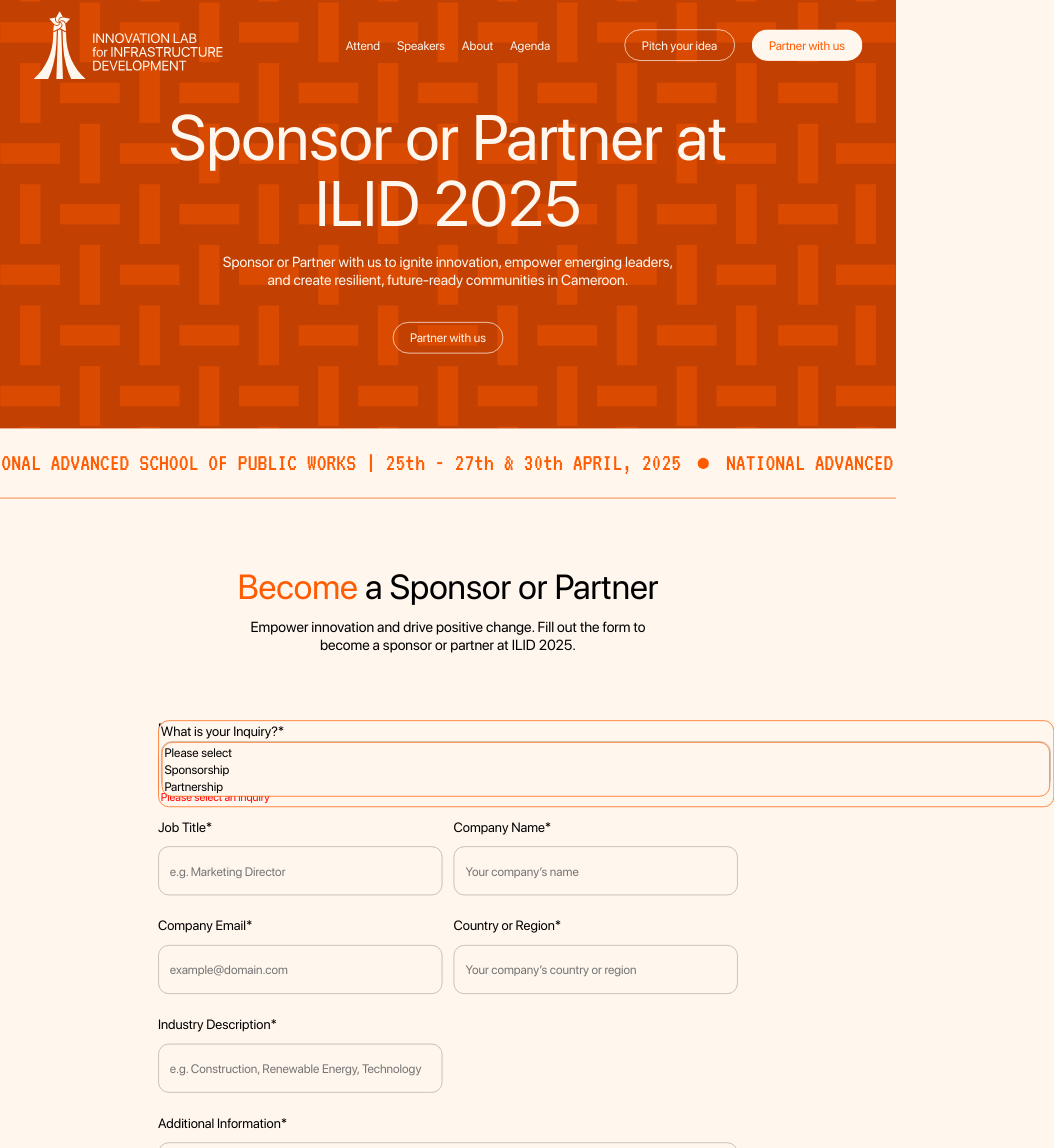
Repository: ilidevent/ilidwebsite
Page: /partners
The author's editor kept a copy of each file at every save. The page is drawn from the files as they stood at one save, then again after a run of saves.
The browser window is 1280 px wide. The page is 1506 px wide, so the pictures cover 1506 px, including what lies to the right of the window. The pictures show the part of the page from y = 0 to 1640 px (the page is 2758 px tall), at 70% of full size.
The project was rebuilt for these pictures with package versions that can differ from the ones it lists, and the page was loaded fresh each time. The framework's server and built-in components were replaced by stand-ins that run in the browser. Also part of the build but not shown: next.config.ts, components/ReUsables/ButtonTwo.tsx, styles/ReUsables/aboutboxwrapper.module.scss, components/ReUsables/TextEmail.tsx, styles/ReUsables/sloganbanner.module.scss, components/ReUsables/SloganBanner.tsx, styles/ReUsables/paddingtop.module.scss, components/ReUsables/PaddingTop.tsx and 43 more.

Above is the page before, as saved 2025-03-17 12:37:20.

### app/layout.tsx
import type { Metadata } from "next";
import localFont from "next/font/local";
import { Navbar } from "@/components";
import "../styles/globals.scss";
import Footer from "@/components/Navigation/Footer";

const regular = localFont({
  src: "./fonts/SF-Pro-Display-Regular.ttf",
  variable: "--regular-font"
})

const medium = localFont({
  src: "./fonts/SF-Pro-Display-Medium.ttf",
  variable: "--medium-font"
})

const semibold = localFont({
  src: "./fonts/SF-Pro-Display-Semibold.ttf",
  variable: "--semibold-font"
})

const heavy = localFont({
  src: "./fonts/SF-Pro-Display-Heavy.ttf",
  variable: "--heavy-font"
})

const script = localFont({
  src: "./fonts/VT323-Regular.ttf",
  variable: "--script-font"
})

export const metadata: Metadata = {
  title: "Innovation Lab for Infrastructure Development",
  description: "Generated by create next app",
};

export default function RootLayout({
  children,
}: Readonly<{
  children: React.ReactNode;
}>) {
  return (
    <html lang="en">
      <body className={`${regular.variable} ${medium.variable} ${semibold.variable} ${heavy.variable} ${script.variable}`}>
        <Navbar/>
        {children}
        <Footer/>
      </body>
    </html>
  );
}

### app/partners/layout.tsx
import type { Metadata } from "next";

export const metadata: Metadata = {
  title: "Partners ILID 2025",
  description: "From strategy to design, we craft brands that elevate visibility, build trust, and drive industry success.",
};

export default function RootLayout({
  children,
}: Readonly<{
  children: React.ReactNode;
}>) {
  return <>{children}</>;
}

### app/partners/page.tsx
import React from 'react'
import { PartnersPageWrapper } from '@/components'

const PartnersPage = () => {
  return (
    <div className='main'>
      <PartnersPageWrapper/>
    </div>
  )
}

export default PartnersPage

### components/index.ts
import Navbar from "./Navigation/Navbar";
import HomePageWrapper from "./HomePage/HomePageWrapper";
import AttendPageWrapper from "./AttendPage/AttendPageWrapper";
import SpeakerPageWrapper from "./SpeakerPage/SpeakerPageWrapper";
import AboutPageWrapper from "./AboutPage/AboutPageWrapper";
import AgendaPageWrapper from "./AgendaPage/AgendaPageWrapper";
import PitchPageWrapper from "./PitchPage/PitchPageWrapper";
import PartnersPageWrapper from "./PartnersPage/PartnersPageWrapper";

export {
  Navbar,
  HomePageWrapper,
  AttendPageWrapper,
  SpeakerPageWrapper,
  AboutPageWrapper,
  AgendaPageWrapper,
  PitchPageWrapper,
  PartnersPageWrapper
}

### components/Navigation/Navbar.tsx
import React from 'react'
import Image from 'next/image'
import Link from 'next/link'
import LOGO from "../../public/svg/whitelogo.svg"
import Button from '../ReUsables/Button'
import styles from "../../styles/Navigation/navbar.module.scss"

const Navbar = () => {
  const navLinks = [
    {
      name: "Attend",
      link: "/attend"
    },
    {
      name: "Speakers",
      link: "/speakers"
    },
    {
      name: "About",
      link: "/about"
    },
    {
      name: "Agenda",
      link: "/agenda"
    }
  ]

  const buttonOne = {
    name: "Pitch your idea",
    link: "/pitch-contest",
  }

  const buttonTwo = {
    name: "Partner with us",
    link: "/partners",
  }

  return (
    <>
      <header className={styles.nav__header}>
        <div className={`container ${styles.nav__container}`}>
          <Link className={styles.nav__logo} href="/">
            <Image fill quality={100} alt='ILID Logo' src={LOGO}/>
          </Link>
          <nav className={styles.nav__center}>
            {
              navLinks.map((data, i) => (
                <Link key={i} href={data.link}>{data.name}</Link>
              ))
            }
          </nav>
          <nav className={styles.nav__right}>
            <Button fill={false} buttonInfo={buttonOne}/>
            <Button fill buttonInfo={buttonTwo}/>
          </nav>
        </div>
      </header>
    </>
  )
}

export default Navbar

### components/PartnersPage/PartnersPageWrapper.tsx
"use client";

import React, { useEffect, useState, useRef } from "react";
import Lenis from "lenis";
import ReusableSection from "../ReUsables/ReusableSection";
import SpeakerForm from "../SpeakerPage/SpeakerForm";
import HeroSection from "../ReUsables/HeroSection";
import PartnersForm from "./PartnersForm";
import VenueBanner from "../ReUsables/VenueBanner";

const PartnersPageWrapper = () => {
  const [lenis, setLenis] = useState<Lenis | null>(null);
  const formRef = useRef<HTMLDivElement | null>(null);

  useEffect(() => {
    const lenisInstance = new Lenis({
      duration: 1,
    });

    function raf(time: number) {
      lenisInstance.raf(time);
      requestAnimationFrame(raf);
    }

    requestAnimationFrame(raf);

    // Store the lenis instance in state
    setLenis(lenisInstance);
  }, []);

  const HeroContent = {
    largeText: "Sponsor or Partner at ILID 2025",
    normalText:
      "Sponsor or Partner with us to ignite innovation, empower emerging leaders, and create resilient, future-ready communities in Cameroon.",
    buttonProps: {
      name: "Partner with us",
    }
  };

  const formContent = {
    header: "Become a Sponsor or Partner",
    keywords: ["Become"],
    text: "Empower innovation and drive positive change. Fill out the form to become a sponsor or  partner at ILID 2025.",
  };

  const HeroBreakpoints = {
    lg: "75vh",
    nm: "85vh",
    md: "100vh",
    sm: "100vh",
  };
  return (
    <>
      <HeroSection
        herocontent={HeroContent}
        breakpoints={HeroBreakpoints}
        lenis={lenis}
        reference={formRef}
      />
      <VenueBanner />
      <ReusableSection
        header={formContent.header}
        keywords={formContent.keywords}
        text={formContent.text}
        textColor="#000000"
        backgroundColor="#FFF6ED"
        ref={formRef}
      >
        <PartnersForm />
      </ReusableSection>
    </>
  )
}

export default PartnersPageWrapper

### components/ReUsables/Button.tsx
"use client";

import React from "react";
import Link from "next/link";
import styles from "../../styles/ReUsables/button.module.scss";

interface ButtonInfo {
  name: string;
  link?: string;
}

interface ButtonProps {
  buttonInfo: ButtonInfo;
  fill: boolean;
  onClick?: () => void;
}

const Button = ({ buttonInfo, fill, onClick }: ButtonProps) => {
  // If a link is provided, render a Link
  if (buttonInfo.link) {
    return fill ? (
      <Link className={styles.button__background} href={buttonInfo.link}>
        {buttonInfo.name}
      </Link>
    ) : (
      <Link className={styles.button__stroke} href={buttonInfo.link}>
        {buttonInfo.name}
      </Link>
    );
  }

  // If no link is provided but an onClick is available, render a clickable span
  if (onClick) {
    return fill ? (
      <span className={styles.button__background} onClick={onClick}>
        {buttonInfo.name}
      </span>
    ) : (
      <span className={styles.button__stroke} onClick={onClick}>
        {buttonInfo.name}
      </span>
    );
  }

  // Fallback: render a non-clickable span
  return fill ? (
    <span className={styles.button__background}>{buttonInfo.name}</span>
  ) : (
    <span className={styles.button__stroke}>{buttonInfo.name}</span>
  );
};

export default Button;

### styles/Navigation/navbar.module.scss
.nav__header {
  width: 100%;
  height: auto;
  padding: 1rem 0;
  position: fixed;
  top: 0;
  left: 0;
  z-index: 100;
}

.nav__container {
  position: relative;
  display: flex;
  justify-content: space-between;
  align-items: center;
}

.nav__logo {
  width: 270px;
  aspect-ratio: 1112.0159/400;
  position: relative;

  img {
    object-fit: cover;
  }
}

.nav__center {
  position: absolute;
  top: 50%;
  left: 50%;
  transform: translate(-50%, -50%);
  display: flex;
  gap: 1.5rem;

  a {
    color: var(--body-color);
    opacity: 1;
    transition: opacity 0.5s ease;

    &:hover {
      opacity: 0.5;
    }
  }
}

.nav__right{
  display: flex;
  gap: 1.5rem
}

### components/ReUsables/HeroSection.tsx
import React from "react";
import Button from "./Button";
import Image from "next/image";
import Lenis from "lenis";
import HEROBACK from "../../public/svg/heroback.svg"
import styles from "../../styles/ReUsables/herosection.module.scss";

interface HeroContent {
  largeText: string;
  normalText: string;
  buttonText?: string;
  buttonProps: {
    name: string;
    link?: string;
  };
}

interface HeroBreakpoints {
  lg: string;
  nm: string;
  md: string;
  sm: string;
}

const HeroSection = ({
  herocontent,
  breakpoints,
  lenis,
  reference,
}: {
  herocontent: HeroContent;
  breakpoints: HeroBreakpoints;
  lenis?: Lenis | null;
  reference?: React.RefObject<HTMLDivElement | null>;
}) => {


  const handleLenisScroll = () => {
    if (lenis && reference?.current) {
      const referenceTop =
        window.scrollY + reference?.current.getBoundingClientRect().top;
      lenis.scrollTo(referenceTop);
    }
  };


  return (
    <section
      className={styles.hero__section}
      style={
        {
          "--lg": breakpoints.lg,
          "--nm": breakpoints.nm,
          "--md": breakpoints.md,
          "--sm": breakpoints.sm,
        } as React.CSSProperties
      }
    >
      <div className={styles.hero__container}>
        <div className={styles.content__wrapper}>
          <div className={styles.large__text}>
            <h1>{herocontent.largeText}</h1>
          </div>
          <div className={styles.normal__text}>
            <p>{herocontent.normalText}</p>
          </div>
          <div className={styles.hbutton__wrapper}>
            {herocontent.buttonText && <p className={styles.button__text}>{herocontent.buttonText}</p>}
            <Button fill={false} buttonInfo={herocontent.buttonProps} onClick={handleLenisScroll}/>
          </div>
        </div>
      </div>
      <div className={styles.hero__image}>
        <Image fill quality={100} alt="ILID Pattern" src={HEROBACK}/>
      </div>
    </section>
  );
};

export default HeroSection;

### styles/ReUsables/button.module.scss
.button__background{
  padding: 0.7rem 1.5rem;
  border-radius: 100px;
  background-color: var(--body-color);
  color: var(--orange);
  border: 1px solid transparent;
  transition: all 0.5s ease;
  cursor: pointer;

  &:hover{
    border: 1px solid var(--body-color);
    color: var(--body-color);
    background-color: transparent;
  }
}

.button__stroke{
  padding: 0.7rem 1.5rem;
  border-radius: 100px;
  background-color: transparent;
  color: var(--body-color);
  border: 1px solid var(--body-color);
  transition: all 0.5s ease;
  cursor: pointer;

  &:hover{
    border: 1px solid transparent;
    color: var(--orange);
    background-color: var(--body-color);
  }
}

.button__strokeTwo{
  padding: 0.7rem 1.5rem;
  border-radius: 100px;
  background-color: transparent;
  color: var(--orange);
  border: 1px solid var(--orange);
  transition: all 0.5s ease;

  &:hover{
    border: 1px solid transparent;
    color: var(--body-color);
    background-color: var(--orange);
  }
}

### styles/ReUsables/herosection.module.scss
.hero__section {
  width: 100vw;
  height: var(--nm);
  background-color: var(--darkorange);
  position: relative;
  color: var(--body-color);
}

.hero__image{
  width: 100%;
  height: 100%;
  position: absolute;
  top: 0;
  left: 0;

  img{
    object-fit: cover;
  }
}

.hero__container {
  width: 100%;
  height: 100%;
  position: relative;
  z-index: 1;
}

.content__wrapper {
  width: 930px;
  height: auto;
  position: absolute;
  top: 150px;
  left: 50%;
  transform: translateX(-50%);
  display: flex;
  flex-direction: column;
  justify-content: flex-start;
  align-items: center;
  gap: 1.5rem;
}

.large__text {
  h1 {
    font-size: calc(var(--biggest-font-size) - 2.3rem);
    font-weight: 100;
    text-align: center;
    line-height: 1.03;
  }
}

.normal__text {
  width: 70%;
  text-align: center;

  p {
    font-size: calc(var(--normal-font-size) + 0.2rem);
  }
}

.hbutton__wrapper{
  display: flex;
  flex-direction: column;
  gap: 1rem;
  align-items: center;
  margin-top: 1.5rem;
}

@media screen and (min-height: 800px) {
  .hero__section{
    height: var(--lg);
  }

  .content__wrapper{
    width: 1030px;
    top: 21%;
  }

  .large__text {
    h1 {
      font-size: calc(var(--biggest-font-size) - 1.5rem);
      font-weight: 100;
      text-align: center;
      line-height: 1.1;
    }
  }

  .normal__text {
    width: 70%;
    text-align: center;

    p {
      font-size: calc(var(--h2-font-size) - 1rem);
    }
  }

  .hbutton__wrapper{
    display: flex;
    flex-direction: column;
    gap: 1.5rem;
    align-items: center;
    margin-top: 2rem;
  }
}

### styles/ReUsables/venuebanner.module.scss
.vb__section{
  position: relative;
  width: 100%;
  height: auto;
  padding: 0rem 0 3rem;
}

.vbslider__container{
  width: 100%;
  padding: 2rem 0;
  border-bottom: 1px solid var(--orange);
}

.vb__slider{
  width: max-content;
  position: relative;
  display: flex;
}

.vslider__main{
  display: flex;

  .vslider__space{
    width: 1rem;
    height: 1rem;
    display: block;
  }
}

.vslider__content{
  display: flex;
  gap: 1.5rem;
  align-items: center;
  font-family: var(--script-font);
  font-size: calc(var(--h2-font-size) - 0.3rem);
  color: var(--orange);
}

.vfirst__slide{
  display: flex;
  align-items: center;
  gap: 1.5rem;

  p{
    word-wrap: none;
  }

  .vspan__button{
    display: block;
    width: 1rem;
    height: 1rem;
    border-radius: 50%;
    background-color: var(--orange);
  }
}

### components/ReUsables/HighlighedText.tsx
import React from 'react'
import styles from "../../styles/ReUsables/highlightedtext.module.scss";

interface HighlightedTextProps {
  text: string;
  keywords?: string[];
  color: string;
}

const HighlightedText = ({
  text,
  keywords,
  color
}: HighlightedTextProps) => {
  // Split the text into words
  const words = text.split(" ");

  return (
    <p className={styles.large__text}>
      {words.map((word, index) => {
        // Remove punctuation for matching and convert to lowercase.
        const cleanedWord = word.replace(/[.,!?;:()]/g, "");

        if (keywords?.includes(cleanedWord)) {
          return (
            <span key={index} style={{color: "var(--orange)"}}>
              {word}{" "}
            </span>
          );
        } else {
          return (
            <span key={index} style={{color: color}}>
              {word}{" "}
            </span>
          );
        }
      })}
    </p>
  );
};

export default HighlightedText;

### styles/ReUsables/reusablesection.module.scss
.rs__content{
  width: 100%;
  height: auto;
  position: relative;
}

.rs__container{
  height: max-content;
}

.rs__wrapper{
  width: 100%;
  height: auto;
  display: flex;
  flex-direction: column;
  justify-content: flex-start;
  gap: 6rem;
  align-items: center;
}

.rscontent__header{
  width: 60%;
  display: flex;
  flex-direction: column;
  align-items: center;
  justify-content: flex-start;
  gap: 1rem;

  .p__tag{
    text-align: center;
    width: 85%;
    font-size: calc(var(--normal-font-size) + 0.2rem);
  }
}

.rsmain__content{
  width: 100%;
  height: auto;
}

.rButton{
  display: flex;
  flex-direction: column;
  align-items: center;

}

.rbutton__text{
  width: max-content;
  margin-bottom: 1rem;
}

### components/ReUsables/FormInput.tsx
"use client";

import React, { useState, useEffect } from "react";
import styles from "../../styles/ReUsables/forminput.module.scss";

interface FormField {
  id: number;
  name: string;
  type: string;
  placeholder: string;
  errorMessage?: string;
  label: string;
  required: boolean;
  minlength?: number;
  inputState: boolean;
}

const FormInput = ({
  data,
  isSubmitting,
}: {
  data: FormField;
  isSubmitting: boolean;
}) => {
  const [focused, setFocused] = useState(false);

  useEffect(() => {
    if (isSubmitting) {
      setFocused(false);
    }
  }, [isSubmitting]);

  const handleFocus = () => {
    if (!isSubmitting) { // Skip onBlur during form reset/submission
      setFocused(true);
    }
  };

  return (
    <div className={styles.input__wrapper}>
      <label htmlFor={data.name} className={styles.label}>
        {data.label}
      </label>
      {data.inputState ? (
        <input
          className={styles.input}
          name={data.name}
          type={data.type}
          placeholder={data.placeholder}
          required={data.required}
          minLength={data.minlength}
          onBlur={handleFocus}
          data-focused={focused.toString()}
        />
      ) : (
        <textarea
          className={styles.textarea}
          name={data.name}
          placeholder={data.placeholder}
          required={data.required}
          minLength={data.minlength}
          onBlur={handleFocus}
          data-focused={focused.toString()}
        />
      )}
      <span className={styles.error}>{data.errorMessage}</span>
    </div>
  );
};

export default FormInput;

### styles/ReUsables/highlightedtext.module.scss
.large__text{
  font-size: calc(var(--h2-font-size) + 0.6rem);
}

.phrase__text{
  font-size: calc(var(--normal-font-size) + 0.6rem);
  text-align: justify;
}

### components/ReUsables/FormSelector.tsx
"use client";

import React, { useState } from "react";
import styles from "../../styles/ReUsables/formselector.module.scss";


const FormSelector = () => {
  const selections = [
    "Please select",
    "Sponsorship",
    "Partnership"
  ]
  const [activeBox, setActiveBox] = useState(false)

  return (
    <div className={styles.select__wrapper}>
      <span className={styles.flabel}>What is your Inquiry?*</span>
      <div className={styles.finput} onClick={() => setActiveBox(!activeBox)}>
        <span className={styles.selection}>Please select</span>
        <div className={styles.select__wrapper}>
          {
            selections.map((data, i) => (
              <div className={styles.sbox} key={i}>
                <span>{data}</span>
              </div>
            ))
          }
        </div>
      </div>
      <span className={styles.ferror}>Please select an inquiry</span>
    </div>
  );
};

export default FormSelector;

### styles/ReUsables/forminput.module.scss
.input__wrapper{
  width: 100%;
  height: auto;
  display: flex;
  flex-direction: column;
  gap: 1rem
}

.label{
  font-size: calc(var(--normal-font-size) + 0.1rem);
  text-transform: none;
}

.input {
  width: 100%;
  height: 70px;
  padding-left: 1rem;
  outline: none;
  background-color: transparent;
  border-radius: 15px;
  border: 1px solid rgba(0, 0, 0, 0.3);


  &:focus {
    border: 1px solid #ffa473;
  }

  &:invalid[data-focused="true"] {
    border: 1px solid red;
  }

  &:invalid[data-focused="true"] ~ .error {
    display: block;
  }
}

.textarea {
  width: 100%;
  min-height: 250px;
  padding-top: 1rem;
  padding-left: 1rem;
  outline: none;
  border: 1px solid rgba(0, 0, 0, 0.3);
  background-color: transparent;
  border-radius: 15px;


  &:focus {
    border: 1px solid #ffa473;
  }

  &:invalid[data-focused="true"] {
    border: 1px solid rgb(255, 0, 0);
  }

  &:invalid[data-focused="true"] ~ .error {
    display: block;
  }
}

.error {
  font-size: calc(var(--normal-font-size) - 0.1rem);
  color: rgb(255, 0, 0);
  display: none;
  margin-top: -0.2rem;
}

### styles/ReUsables/formselector.module.scss
.select__wrapper{
  width: 100%;
  height: auto;
  display: flex;
  flex-direction: column;
  gap: 1rem;
  position: relative;
}

.flabel{
  font-size: calc(var(--normal-font-size) + 0.1rem);
  text-transform: none;
}

.finput {
  width: 100%;
  position: relative;
  height: 70px;
  background-color: transparent;
  border-radius: 15px;
  border: 1px solid rgba(0, 0, 0, 0.3);
}

.selection{
  position: absolute;
  top: 50%;
  left: 1rem;
  transform: translateY(-50%);
  color: var(--text-color-light);
}

.ferror {
  font-size: calc(var(--normal-font-size) - 0.1rem);
  color: rgb(255, 0, 0);
  margin-top: -0.2rem;
}

.select__wrapper{
  width: 100%;
  height: auto;
  padding: 0.2rem;
  border-radius: 15px;
  background-color: var(--body-color);
  border: 1px solid var(--orange);
  display: flex;
  flex-direction: column;
  gap: 0.2rem;
  position: absolute;
}

Loaded but not shown: utils/index.ts (2098 lines, source omitted); components/Navigation/BetterMarque.tsx (236 lines, source omitted); components/Navigation/Footer.tsx (119 lines, source omitted); components/PartnersPage/PartnersForm.tsx (122 lines, source omitted); components/ReUsables/VenueBanner.tsx (90 lines, source omitted); styles/Navigation/bettermarque.module.scss (150 lines, source omitted); styles/globals.scss (167 lines, source omitted); components/ReUsables/ReusableSection.tsx (86 lines, source omitted); styles/AttendPage/attendform.module.scss (137 lines, source omitted); styles/Navigation/footer.module.scss (147 lines, source omitted)

After the next 2 saves:
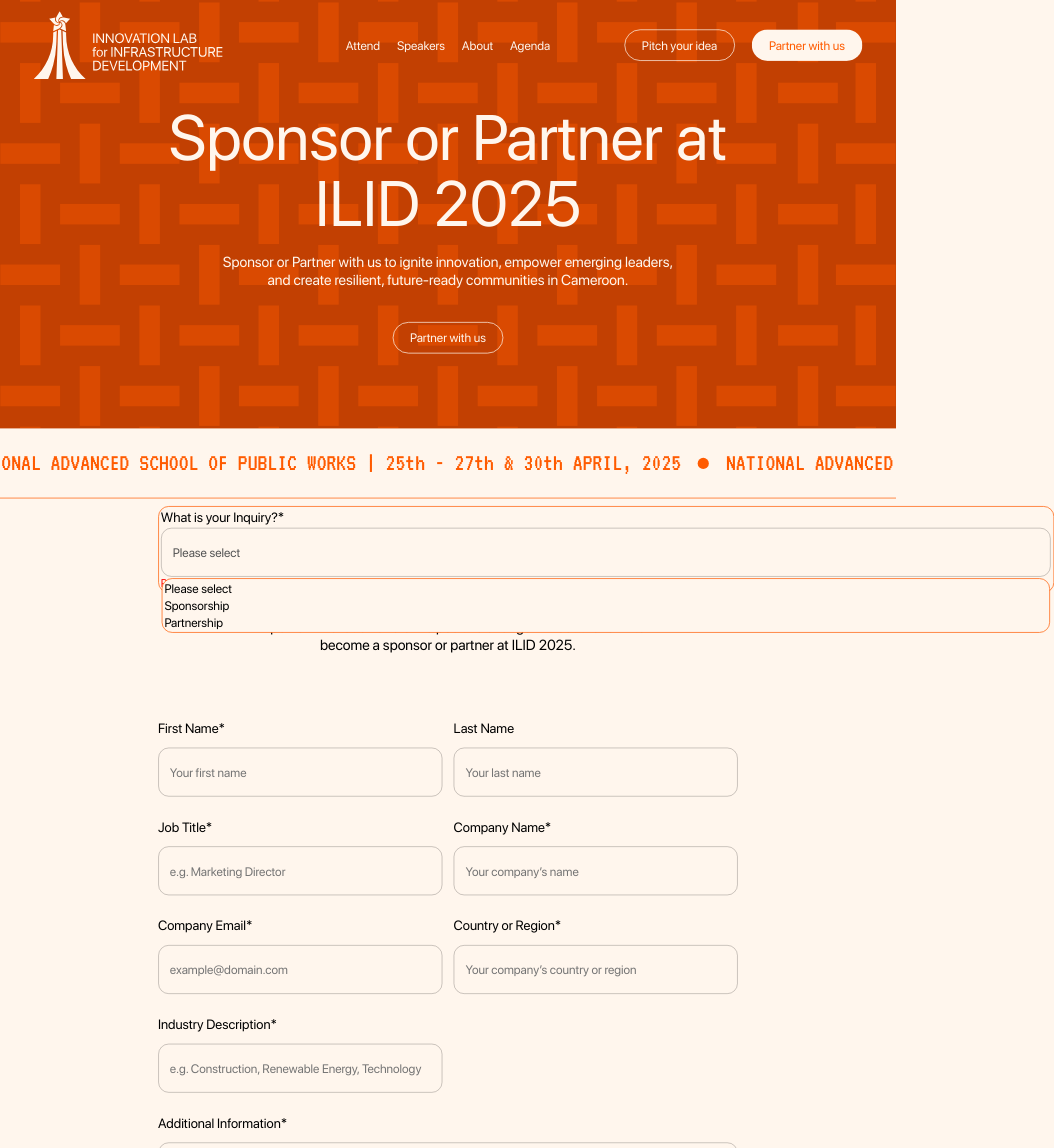
The 2 saves are shown as one change because they came seconds apart.
The last was saved 20 s later.
--- a/styles/ReUsables/formselector.module.scss
+++ b/styles/ReUsables/formselector.module.scss
@@ -46,4 +46,5 @@
   flex-direction: column;
   gap: 0.2rem;
   position: absolute;
+  top: calc(100% + 0.2rem)
 }
